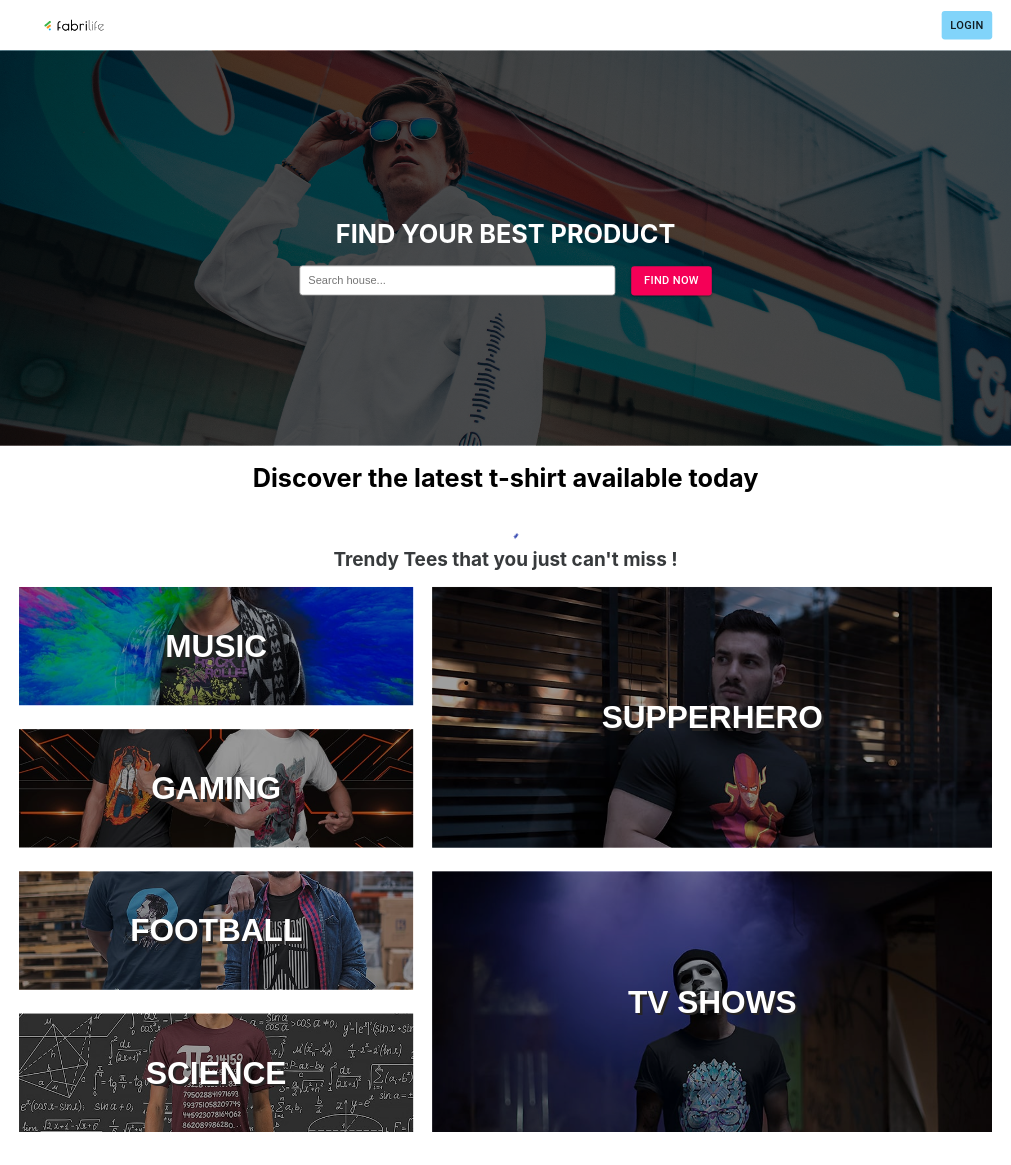
Repository: arif286/fabrilife-E-commerce-client-site
Page: /
An editor plug-in stored every save of this project. The page is shown before and after the next save, followed by the edit.
The browser window is 1280 px wide. The pictures show the whole page, at 79% of full size.
The page's requests for data from a server got no answer. The project was rebuilt for these pictures with package versions that can differ from the ones it lists, and the page was loaded fresh each time. No one was signed in, and anything a server would have sent is missing. Also part of the build but not shown: src/components/Admin/Admin.css, src/components/Admin/AddEvent/AddEvent.css, src/components/Admin/AddEvent/AddEvent.js, src/components/Admin/ProductManage/ProductManage.js, src/components/Admin/Sidebar/Sidebar.css, src/components/Admin/Sidebar/Sidebar.js, src/components/Admin/Admin.js, src/components/CheckOut/CheckOut.css and 8 more.

Above is the page before, as saved 2021-04-01 02:25:34.

### src/App.js
import React, { createContext, useState } from "react";
import { BrowserRouter as Router, Route, Switch } from "react-router-dom";
import Admin from "./components/Admin/Admin";
import CheckOut from "./components/CheckOut/CheckOut";
import Header from "./components/Header/Header";
import Home from "./components/Home/Home";
import Login from "./components/Login/Login";
import NoMatch from "./components/NoMatch/NoMatch";
import Order from "./components/Order/Order";
import PrivateRoute from "./components/PrivateRoute/PrivateRoute";

export const UserContext = createContext()

function App() {
  const [loggedInUser, setLoggedInUser] = useState({});
  return (
    <UserContext.Provider value={[loggedInUser, setLoggedInUser]}>
      <Router>
        <Header />
        <Switch>
          <Route path="/home">
            <Home />
          </Route>
          <PrivateRoute path="/admin">
            <Admin/>
          </PrivateRoute>
          <PrivateRoute path="/productDetails/:id">
            <CheckOut />
          </PrivateRoute>
          <PrivateRoute path='/order'>
            <Order/>
          </PrivateRoute>
          <Route path="/login">
            <Login />
          </Route>
          <Route exact path="/">
            <Home />
          </Route>
          <Route path="*">
            <NoMatch />
          </Route>
        </Switch>
      </Router>
    </UserContext.Provider>
  );
}

export default App;

### src/components/Header/Header.js
import AppBar from "@material-ui/core/AppBar";
import Button from "@material-ui/core/Button";
import { createMuiTheme, makeStyles } from "@material-ui/core/styles";
import Toolbar from "@material-ui/core/Toolbar";
import Typography from "@material-ui/core/Typography";
import React from "react";
import { NavLink } from "react-router-dom";
import logo from "../../tshirt-shop/logos/fabrilife.svg";
import "./Header.css";



const theme = createMuiTheme({
  palette: {
    primary: {
      light: "#757ce8",
      main: "#3f50b5",
      dark: "#002884",
      contrastText: "#fff",
    },
    secondary: {
      main: "#4fc3f7",
    },
  },
});
const useStyles = makeStyles((theme) => ({
  root: {
    flexGrow: 1,
  },
  menuButton: {
    marginRight: theme.spacing(2),
  },
  title: {
    flexGrow: 1,
  },
  navbar: {
    backgroundColor: "white",
  },
  button: {
    backgroundColor: "#81d4fa",
  },
}));

const Header = () => {
  const classes = useStyles();

  return (
    <div className={classes.root}>
      <AppBar className={classes.navbar} position="static">
        <Toolbar>
          <img
            style={{ width: "80px", marginLeft: "30px" }}
            src={logo}
            alt=""
          />
          <Typography variant="h6" className={classes.title}></Typography>
          <NavLink className="header-link" to="/home">
            <Button color="inherit">Home</Button>
          </NavLink>
          <NavLink className="header-link" to="/home">
            <Button color="inherit">About</Button>
          </NavLink>
          <NavLink className="header-link" to="/order">
            <Button color="inherit">Order</Button>
          </NavLink>
          <NavLink className="header-link" to="/admin">
            <Button color="inherit">Admin</Button>
          </NavLink>
          <NavLink className="header-link" to="/login">
            <Button className={classes.button}>Login</Button>
          </NavLink>
        </Toolbar>
      </AppBar>
    </div>
  );
};

export default Header;

### src/components/Home/Home.js
import React from 'react';
import Footer from '../Footer/Footer';
import LatestProduct from '../LatestProduct/LatestProduct';
import SearchBar from '../SearchBar/SearchBar';
import Shop from '../Shop/Shop';

const Home = () => {
    return (
        <>
            <SearchBar/>
            <Shop />
            <LatestProduct />
            <Footer/>
        </>
    );
};

export default Home;

### src/components/Header/Header.css
.header-link {
  text-decoration: none;
  color: white;
}

### src/components/Footer/Footer.js
import React from 'react';

const Footer = () => {
    return (
        <div>

        </div>
    );
};

export default Footer;

### src/components/LatestProduct/LatestProduct.js
import { Container, Grid } from '@material-ui/core';
import React from 'react';
import { NavLink } from 'react-router-dom';
import './LatestProduct.css';

const LatestProduct = () => {
    return (
      <Container>
        <h2 style={{ textAlign: "center", color: "#373a3c", marginTop:'40px'}}>
          Trendy Tees that you just can't miss !
        </h2>
        <Grid container spacing={3}>
          <Grid item md={5} sm={12}>
            <div className="music latest-product">
              <NavLink className="img-link" to="/">
                <div className="image-title">
                  <h1>music</h1>
                </div>
              </NavLink>
            </div>
            <div className="gaming latest-product">
              <NavLink className="img-link" to="/">
                <div className="image-title">
                  <h1>gaming</h1>
                </div>
              </NavLink>
            </div>
            <div className="football latest-product">
              <NavLink className="img-link" to="/">
                <div className="image-title">
                  <h1>football</h1>
                </div>
              </NavLink>
            </div>
            <div className="science latest-product">
              <NavLink className="img-link" to="/">
                <div className="image-title">
                  <h1>science</h1>
                </div>
              </NavLink>
            </div>
          </Grid>
          <Grid item sm={12} md={7}>
            <div className="supperHero latest-product">
              <NavLink className="img-link" to="/">
                <div className="image-title">
                  <h1>supperHero</h1>
                </div>
              </NavLink>
            </div>
            <div className="shows latest-product">
              <NavLink className="img-link" to="/">
                <div className="image-title">
                  <h1>Tv shows</h1>
                </div>
              </NavLink>
            </div>
          </Grid>
        </Grid>
      </Container>
    );
};

export default LatestProduct;

### src/components/SearchBar/SearchBar.js
import { Button } from "@material-ui/core";
import React from "react";
import "./SearchBar.css";

const SearchBar = () => {
  return (
    <div className="bgImage">
      <div className="search-bar">
        <h1>Find your best product</h1>
        <div className="search-bar">
          <input placeholder="Search house..." type="text" />
          <Button color="secondary" variant="contained">
            Find Now
          </Button>
        </div>
      </div>
    </div>
  );
};

export default SearchBar;

### src/components/Shop/Shop.js
import { Container, Grid } from "@material-ui/core";
import CircularProgress from "@material-ui/core/CircularProgress";
import axios from "axios";
import React, { useEffect, useState } from "react";
import ShopCard from "./ShopCard/ShopCard";

const Shop = () => {
     const [event, setEvent] = useState([]);

     useEffect(() => {
       axios
         .get("http://localhost:5000/event")
         .then((res) => setEvent(res.data))
         .catch((error) => console.log(error));
     }, []);

    return (
      <div>
        <Container>
          <Grid container direction="column" alignItems="center">
            <h1> Discover the latest t-shirt available today</h1>
            {event.length === 0 && <CircularProgress />}
          </Grid>
          <Grid container spacing={4}>
            {event.map((product, index) => (
              <Grid item xs={12} sm={6} md={4}>
                <ShopCard product={product} key={index} />
              </Grid>
            ))}
          </Grid>
        </Container>
      </div>
    );
};

export default Shop;

### src/components/LatestProduct/LatestProduct.css
.music {
  background-image: url("../../tshirt-shop/images/music-min.jpg");
  height: 150px;
}
.latest-product {
  background-repeat: no-repeat;
  background-size: cover;
  position: relative;
  overflow: hidden;
  margin-bottom: 30px;
}
.gaming {
  background-image: url("../../tshirt-shop//images/gaming-min.jpg");
  height: 150px;
}
.football {
  background-image: url("../../tshirt-shop/images/football-min.jpg");
  height: 150px;
}
.science {
  background-image: url("../../tshirt-shop/images/science-min.jpg");
  height: 150px;
}
.supperHero {
  background-image: url("../../tshirt-shop/images/superhero-min.jpg");

  height: 330px;
}
.shows {
  background-image: url("../../tshirt-shop/images/tv-min.jpg");
  height: 330px;
}

.img-link {
  top: 0;
  left: 0;
  display: block;
  overflow: hidden;
  height: 100%;
  width: 100%;
  position: absolute;
  background: #00000061;
}
.image-title {
  position: absolute;
  top: 50%;
  width: 100%;
  text-align: center;
  transform: translateY(-50%);
}
.image-title h1 {
  padding: 10px;
  color: white;
  font-size: 2.5rem;
  text-transform: uppercase;
  font-family: "Fjalla One", sans-serif;
  text-shadow: 3px 3px #272525;
}

### src/components/SearchBar/SearchBar.css
.bgImage {
  background-image: linear-gradient(#000000b3, #000000b3),
    url("../../tshirt-shop/images/websiteheader2.png") !important;
  background-repeat: no-repeat;
  background-size: cover;
  min-height: 500px;
  width: 100%;
  display: flex;
  justify-content: center;
  align-items: center;
}
.search-bar h1 {
  color: white;
  text-transform: uppercase;
}
.search-bar input {
  min-width: 400px;
  display: inline-block;
  box-sizing: border-box;
  padding: 10px;
  border-radius: 4px;
  font-size: 14px;
  border: 1px solid #999999;
  outline: none;
  margin-right: 20px;
}
.search-bar {
  text-align: center;
}

Loaded but not shown: public/index.html (common file); src/index.js (common file); src/index.css (common file); src/reportWebVitals.js (common file); src/components/Shop/ShopCard/ShopCard.css (no stored copy; drawn as an empty file)

After the next save:
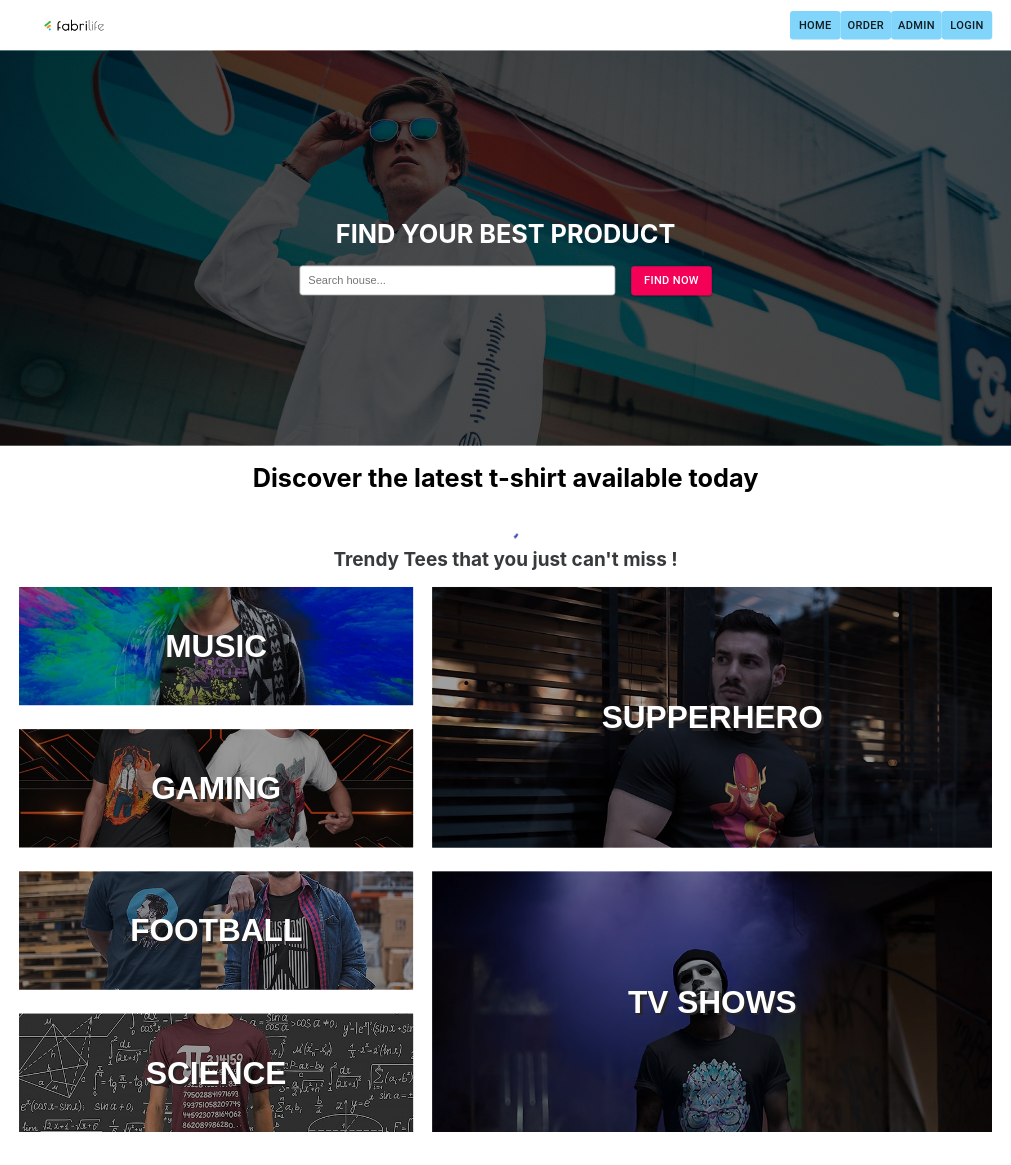
Saved 87 s later.
--- a/src/components/Header/Header.js
+++ b/src/components/Header/Header.js
@@ -55,16 +55,13 @@
           />
           <Typography variant="h6" className={classes.title}></Typography>
           <NavLink className="header-link" to="/home">
-            <Button color="inherit">Home</Button>
-          </NavLink>
-          <NavLink className="header-link" to="/home">
-            <Button color="inherit">About</Button>
+            <Button className={classes.button}>Home</Button>
           </NavLink>
           <NavLink className="header-link" to="/order">
-            <Button color="inherit">Order</Button>
+            <Button className={classes.button}>Order</Button>
           </NavLink>
           <NavLink className="header-link" to="/admin">
-            <Button color="inherit">Admin</Button>
+            <Button className={classes.button}>Admin</Button>
           </NavLink>
           <NavLink className="header-link" to="/login">
             <Button className={classes.button}>Login</Button>
